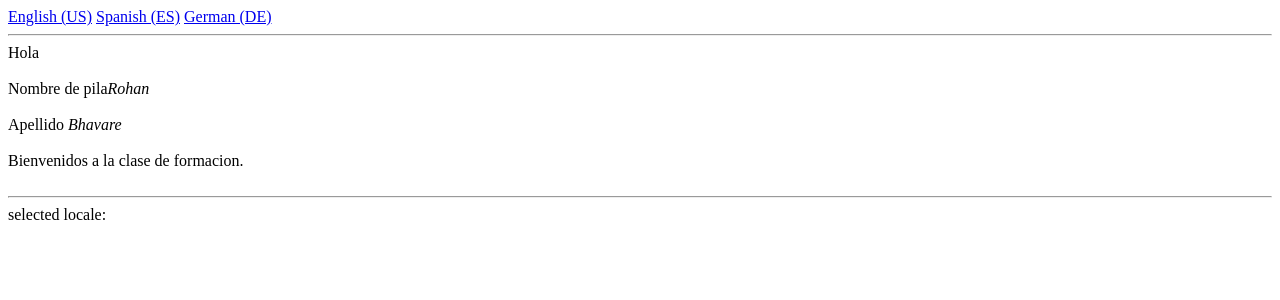
Repository: rohanbhavare1234/BikeServiceWorkspace
Page: http://localhost/tag1demo/i18n-messages-test.jsp?theLocale=en_US
An editor plug-in stored every save of this project. The page is shown before and after the next save, followed by the edit.
The browser window is 1280 px wide. The pictures show the whole page.
The page is served by Tomcat 9.

Above is the page before, as saved 2023-04-12 19:37:04.

After the next save:
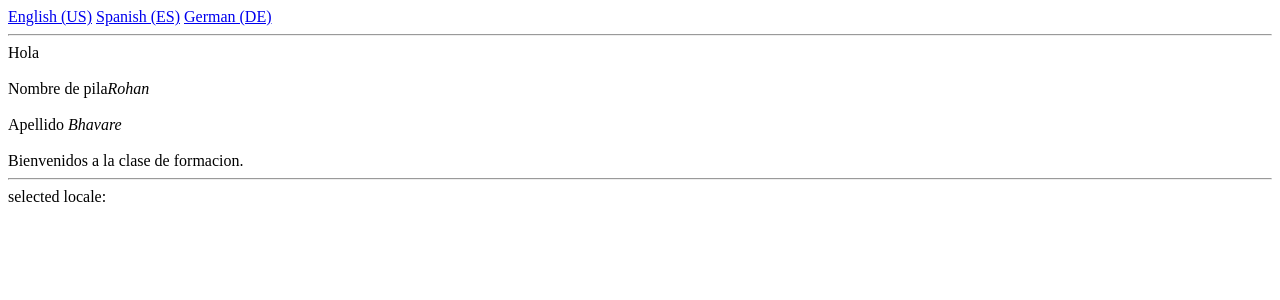
Saved 8 s later.
--- a/eclipse-workspace/tag1demo/WebContent/i18n-messages-test.jsp
+++ b/eclipse-workspace/tag1demo/WebContent/i18n-messages-test.jsp
@@ -26,7 +26,7 @@ scope="session" />
 
 <fmt:message key="label.lastname"/> <i>Bhavare</i><br><br/>
 
-<fmt:message key="label.welcome"/> <br/><br/>
+<fmt:message key="label.welcome"/> <br/>
 
 <hr>
 
